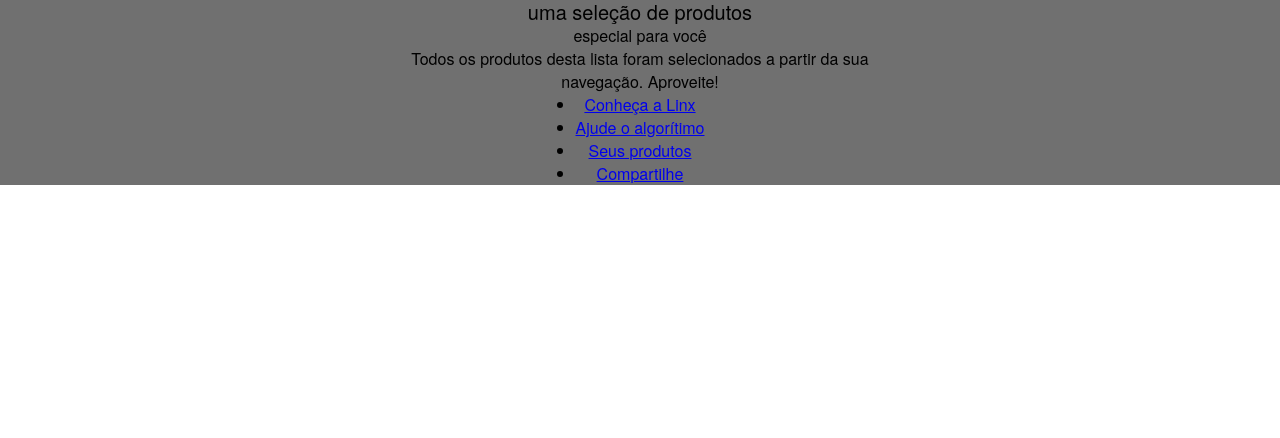
Repository: danielpellicano/front-end-developer-test-linx-2020
Page: index.html
An editor plug-in stored every save of this project. The page is shown before and after the next save, followed by the edit.
The browser window is 1280 px wide. The pictures show the whole page.
Some web fonts or font styles are not loaded; a fallback is used.

Above is the page before, as saved 2020-09-01 12:10:12.

### index.html
<!DOCTYPE html>
<html lang="en">

<head>
    <meta charset="UTF-8">
    <meta name="viewport" content="width=device-width, initial-scale=1.0">
    <title>Linx Test Front End</title>
    <link rel="stylesheet" href="css/style.css">
    <link rel="stylesheet" href="css/responsive.css">
    <link rel="stylesheet" href="js/script.js">

</head>

<body>

    <!-- Header -->
    <header id="header">
        <div class="container">
            <h1>uma seleção de produtos</h1>
            <h2>especial para você</h2>
            <p>Todos os produtos desta lista foram selecionados a partir da sua navegação. Aproveite!</p>
            <!-- Main Menu -->
            <nav>
                <ul>
                    <li><a href="#">Conheça a Linx</a></li>
                    <li><a href="#">Ajude o algorítimo</a></li>
                    <li><a href="#">Seus produtos</a></li>
                    <li><a href="#">Compartilhe</a></li>
                </ul>
            </nav>
            <!-- .Main Menu -->
        </div>
    </header>
    <!-- .Header -->

</body>

</html>

### css/style.css
/* Import Fonts */

@font-face {
    font-family: 'Helvetica Neue';
    src: url('../fonts/HelveticaNeue.eot');
    src: url('../fonts/HelveticaNeue.eot?#iefix') format('embedded-opentype'), url('../fonts/HelveticaNeue.woff2') format('woff2'), url('../fonts/HelveticaNeue.woff') format('woff'), url('../fonts/HelveticaNeue.ttf') format('truetype');
    font-weight: normal;
    font-style: normal;
}

@font-face {
    font-family: 'Helvetica Neue Bold';
    src: url('../fonts/HelveticaNeue-Bold.eot');
    src: url('../fonts/HelveticaNeue-Bold.eot?#iefix') format('embedded-opentype'), url('../fonts/HelveticaNeue-Bold.woff2') format('woff2'), url('../fonts/HelveticaNeue-Bold.woff') format('woff'), url('../fonts/HelveticaNeue-Bold.ttf') format('truetype');
    font-weight: bold;
    font-style: normal;
}


/* css Reset */

html,
body,
div,
span,
iframe,
h1,
h2,
h3,
h4,
h5,
h6,
p,
blockquote,
pre,
a,
img,
strong,
b,
u,
i,
ul,
li,
fieldset,
form,
label,
legend,
table,
caption,
tbody,
tfoot,
thead,
tr,
th,
td,
article,
aside,
canvas,
details,
embed,
figure,
figcaption,
footer,
header,
hgroup,
menu,
nav,
output,
ruby,
section,
summary,
time,
mark,
audio,
video {
    margin: 0;
    padding: 0;
    border: 0;
    font-size: 100%;
    font: inherit;
    vertical-align: baseline;
}


/* CSS General */

body {
    font-family: 'Helvetica Neue';
}

.container {
    width: 100%;
    padding-right: 15px;
    padding-left: 15px;
    margin-right: auto;
    margin-left: auto;
}


/* Header */

#header {
    position: relative;
    max-height: 399px;
    background: #707070;
}


/*#header:after {
    content: '';
    background: #707070;
    width: 100%;
    height: 100%;
    position: absolute;
    height: 399px;
}*/

#header .container {
    display: flex;
    flex-direction: column;
    align-items: center;
    justify-content: center;
    height: 100%;
    text-align: center;
}

#header h1 {
    font-size: 20px;
    line-height: 24px;
    margin-bottom: 0;
}

### css/responsive.css
@media (min-width: 1200px) {
    .container {
        max-width: 1140px;
    }
}

@media (min-width: 992px) {
    .container {
        max-width: 960px;
    }
}

@media (min-width: 768px) {
    .container {
        max-width: 720px;
    }
}

@media (min-width: 576px) {
    .container {
        max-width: 540px;
    }
}

Loaded but not shown: js/script.js (no stored copy; drawn as an empty file)

After the next save:
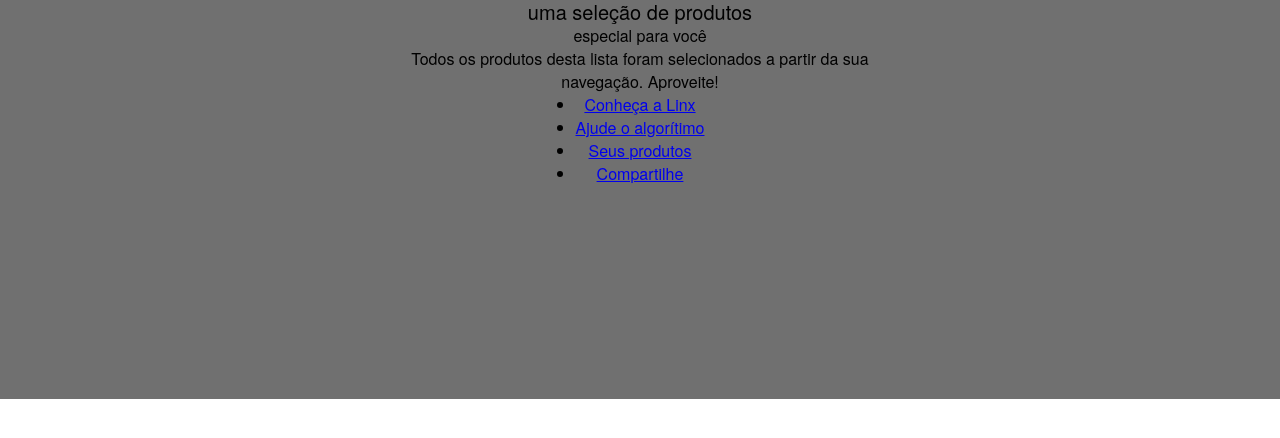
Saved 13 s later.
--- a/css/style.css
+++ b/css/style.css
@@ -101,7 +101,7 @@ body {
 
 #header {
     position: relative;
-    max-height: 399px;
+    min-height: 399px;
     background: #707070;
 }
 
